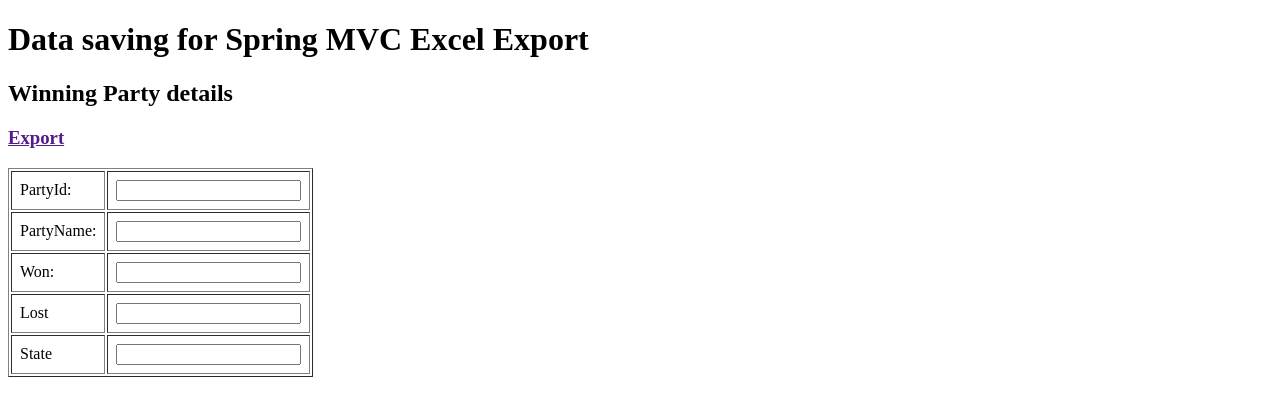
Repository: vitthaljambagi/Hackathon
Page: http://localhost/hackathonxworkz/view/Hackathon.jsp
These files come from the project's save history. The page is drawn as it stood at one moment and after the next save; the edit follows.
The browser window is 1280 px wide. The pictures show the whole page.
The page is served by Tomcat 9.

Above is the page before, as saved 2019-05-24 06:58:23.

After the next save:
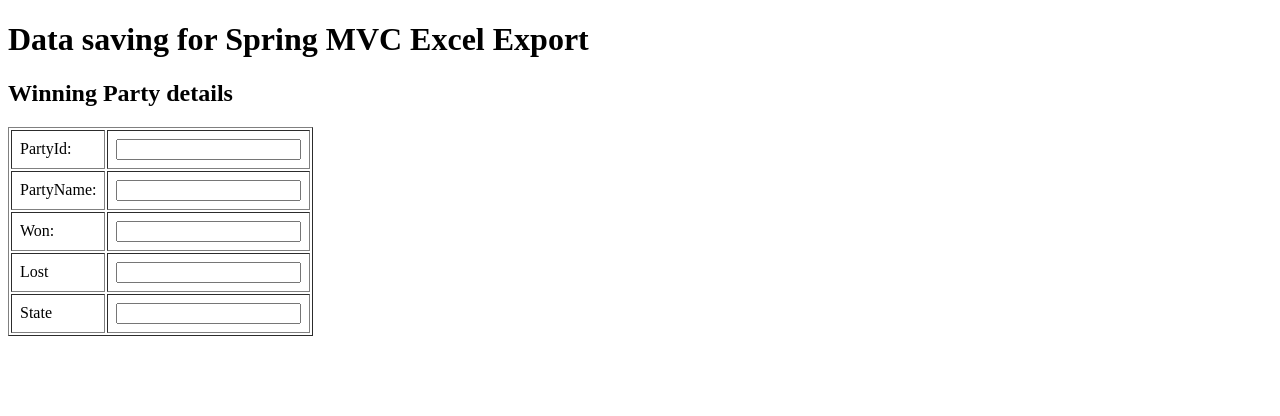
Saved 3 min 52 s later.
--- a/hackathonxworkz/WebContent/view/Hackathon.jsp
+++ b/hackathonxworkz/WebContent/view/Hackathon.jsp
@@ -7,11 +7,12 @@
 <title>Welcom to Hackathon</title>
 </head>
 <body>
+<form action="" method="post"></form>
 <h1>Data saving for Spring MVC Excel Export</h1>
 
 	<h2>Winning Party details </h2>
 
-	<h3><a href="">Export</a></h3>
+
 
 	<table border="1px" cellpadding="8px">
 		<tr>
@@ -33,11 +34,6 @@
 			<td>State</td>
 			<td><input type="text" name="state"></td>
 		</tr>
-
-
 	</table>
-
-
-
 </body>
 </html>
